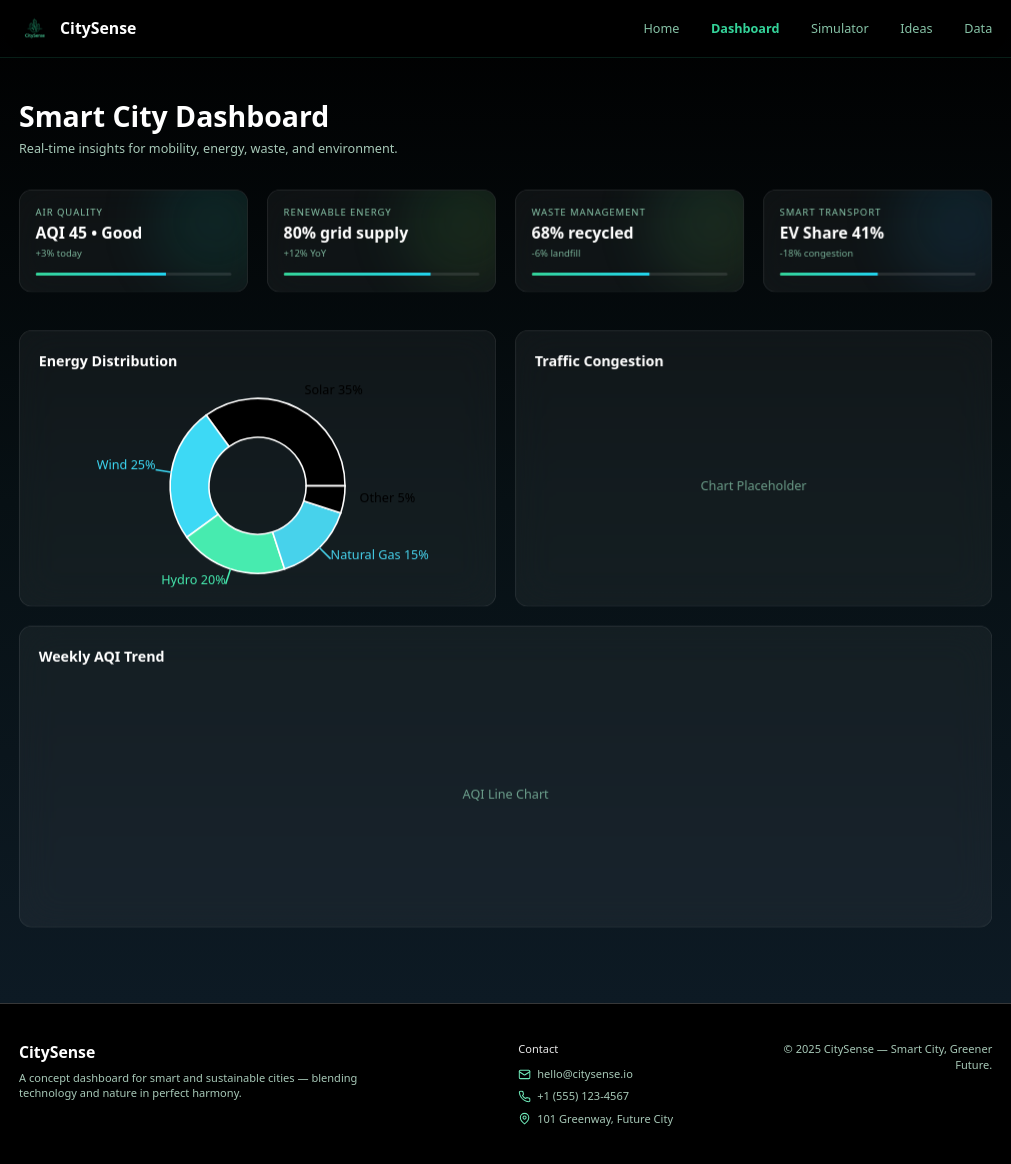
Repository: crashyet/CitySense
Page: /dashboard
An editor plug-in stored every save of this project. The page is shown before and after the next save, followed by the edit.
The browser window is 1280 px wide. The pictures show the whole page, at 79% of full size.
The project was rebuilt for these pictures with package versions that can differ from the ones it lists, and the page was loaded fresh each time. Also part of the build but not shown: vite.config.js, src/pages/landing/Hero.jsx, src/pages/landing/DashboardPreview.jsx, src/pages/landing/Infographic.jsx, src/pages/landing/Community.jsx, src/pages/landing/index.jsx, src/pages/Simulator/index.jsx, src/pages/Ideas/index.jsx and 1 more.

Above is the page before, as saved 2025-11-16 22:57:10.

After the next save:
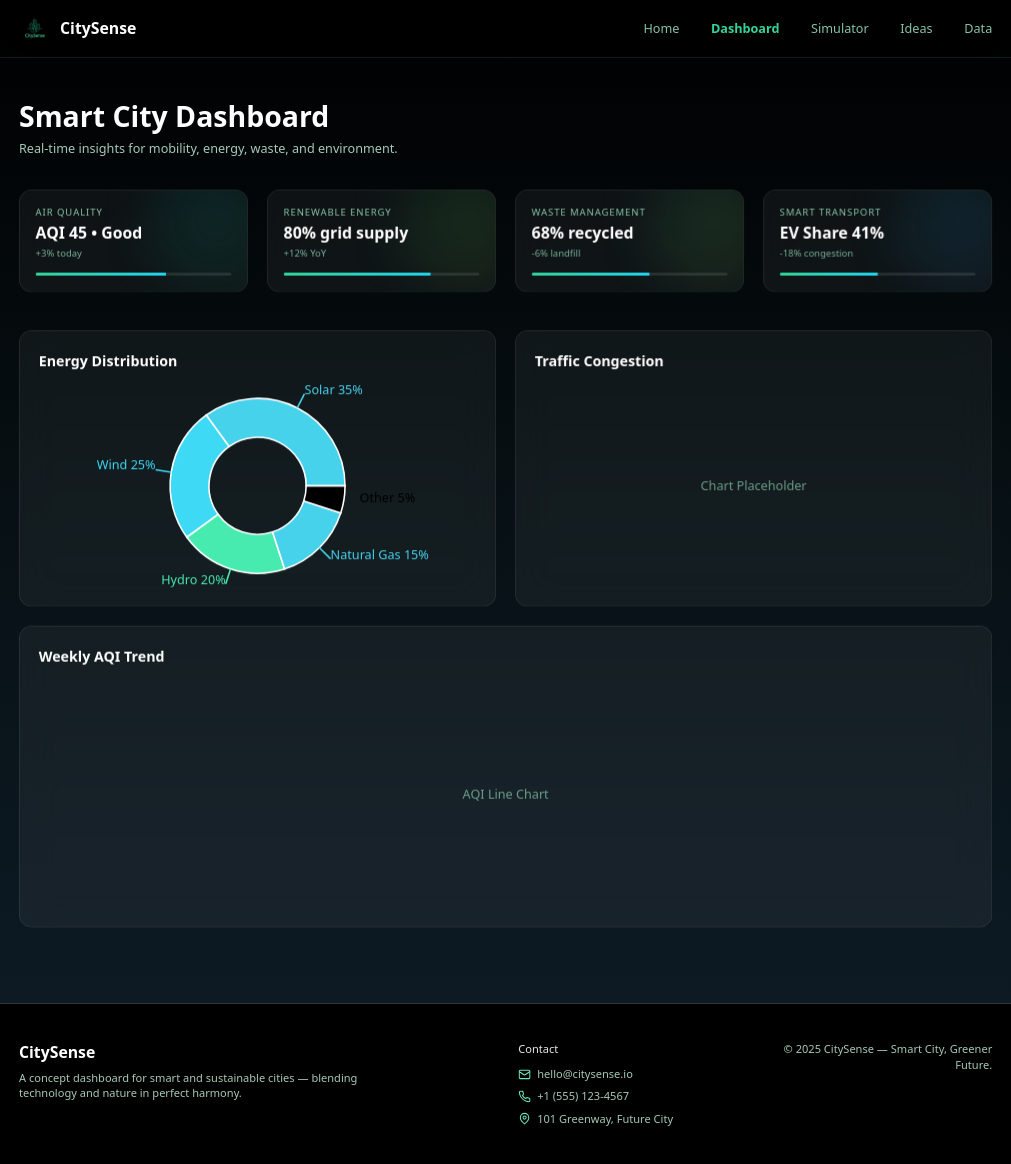
Saved 35 s later.
--- a/src/components/EnergyPieChart.jsx
+++ b/src/components/EnergyPieChart.jsx
@@ -1,7 +1,7 @@
 import { PieChart, Pie, Cell, Tooltip, ResponsiveContainer } from "recharts";
 
 const data = [
-  { name: "Solar", value: 35, color: "hsl(var(--secondary))" },
+  { name: "Solar", value: 35, color: "hsl(189 80% 60%)" },
   { name: "Wind", value: 25, color: "hsl(189 90% 60%)" },
   { name: "Hydro", value: 20, color: "hsl(158 80% 60%)" },
   { name: "Natural Gas", value: 15, color: "hsl(189 80% 60%)" },

After the save that followed:
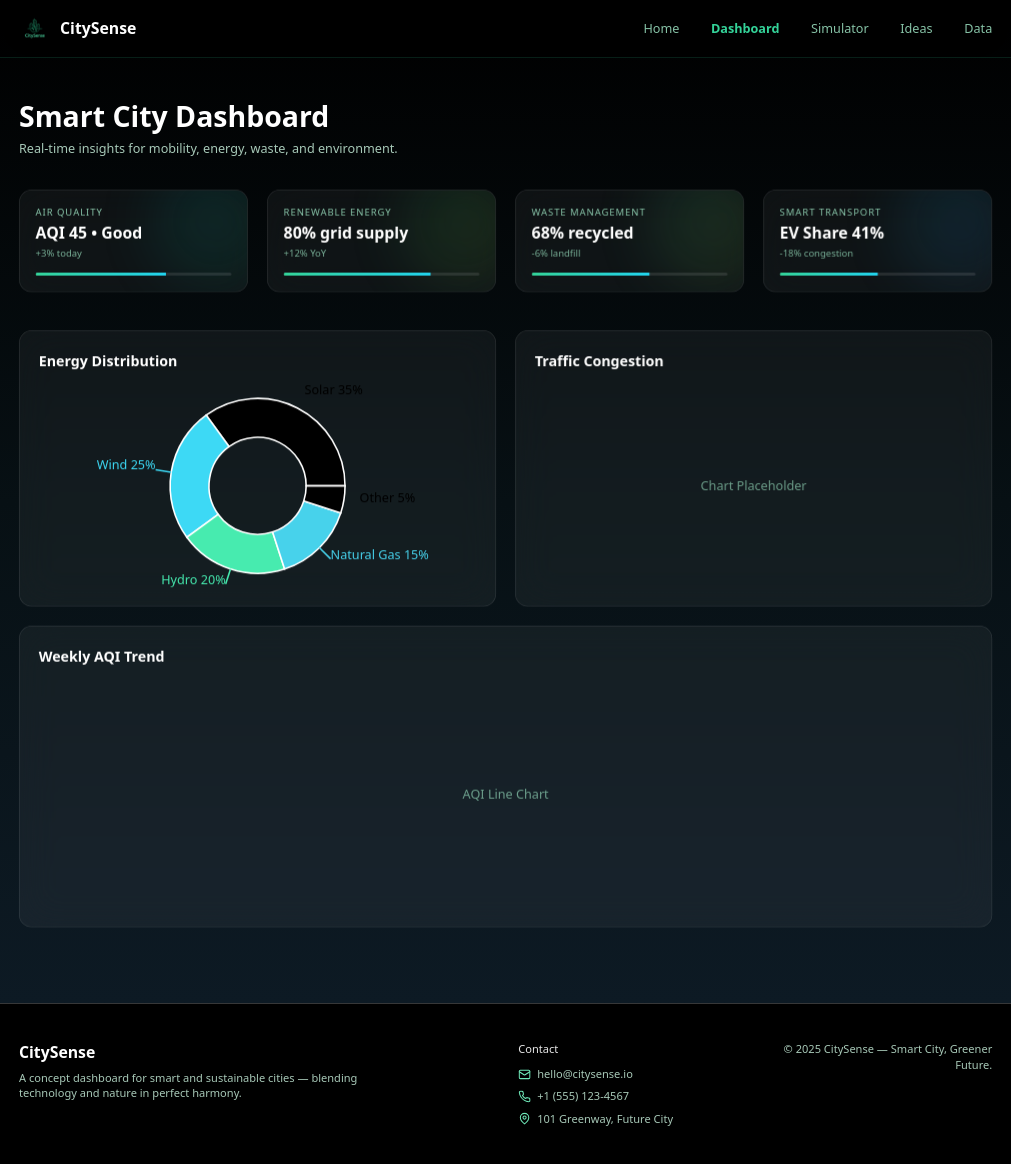
Saved 6 s later.
--- a/src/components/EnergyPieChart.jsx
+++ b/src/components/EnergyPieChart.jsx
@@ -1,7 +1,7 @@
 import { PieChart, Pie, Cell, Tooltip, ResponsiveContainer } from "recharts";
 
 const data = [
-  { name: "Solar", value: 35, color: "hsl(189 80% 60%)" },
+  { name: "Solar", value: 35, color: "hsl(var(--secondary))" },
   { name: "Wind", value: 25, color: "hsl(189 90% 60%)" },
   { name: "Hydro", value: 20, color: "hsl(158 80% 60%)" },
   { name: "Natural Gas", value: 15, color: "hsl(189 80% 60%)" },
